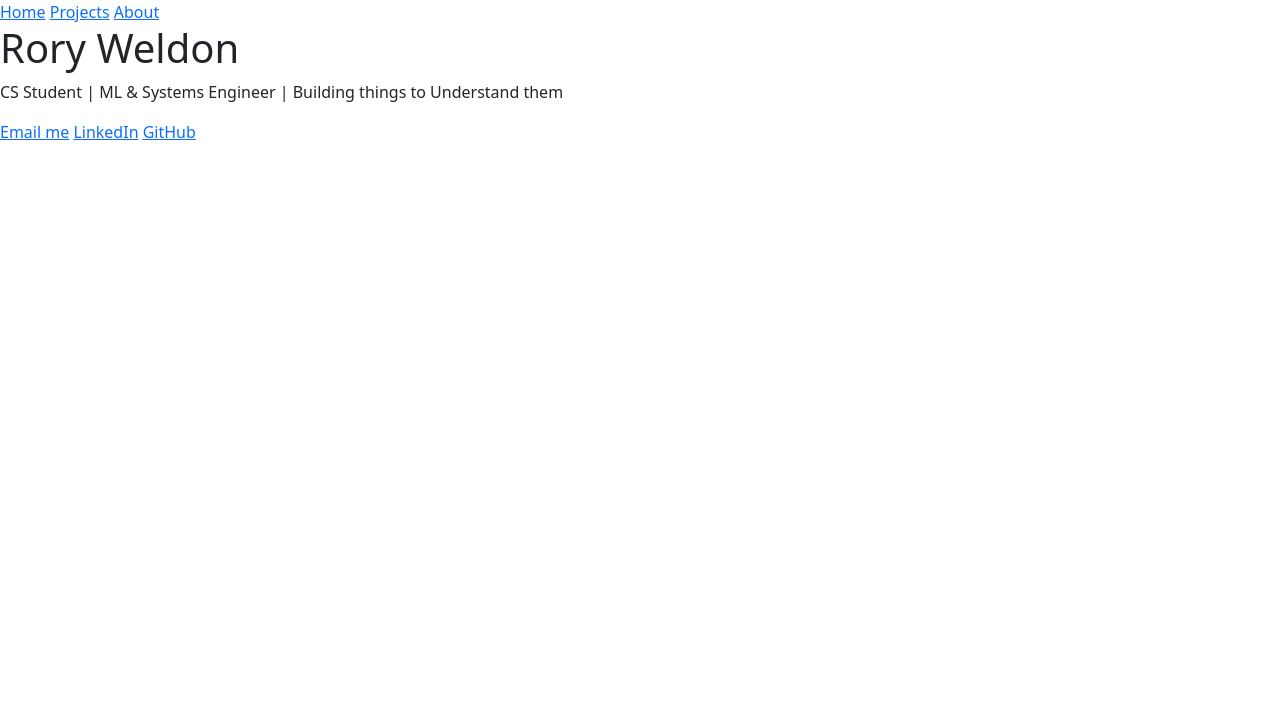
Repository: Art3misF0wl90/Portfolio
Page: index.html
The author's editor kept a copy of each file at every save. The page is drawn from the files as they stood at one save, then again after the next save.
The browser window is 1280 px wide. The pictures show the whole page.

Above is the page before, as saved 2026-06-17 19:15:31.

After the next save:
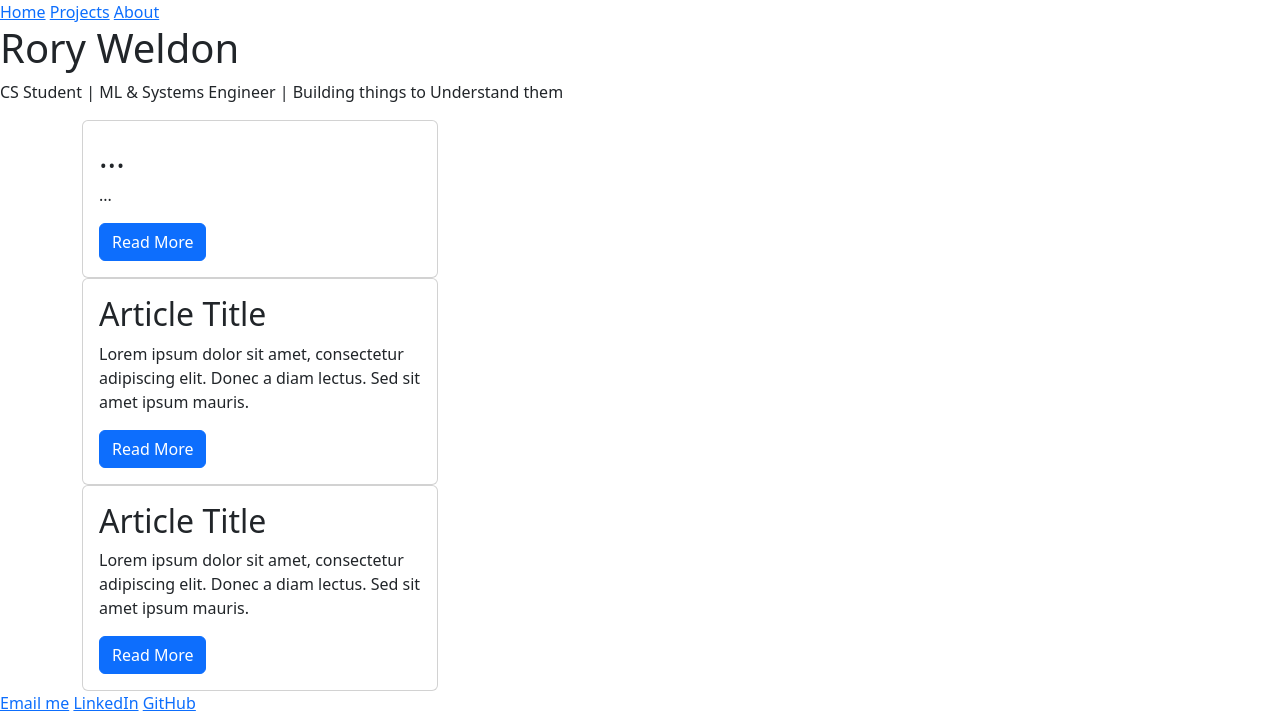
Saved 4 s later.
--- a/index.html
+++ b/index.html
@@ -34,7 +34,40 @@
 
       <div class="container">
         <div class="row">
-          <div class="col-md-4"></div>
+          <div class="col-md-4">
+            <article class="card">
+        <div class="card-body">
+          <!-- provides internal padding -->
+          <h2 class="card-title">...</h2>
+          <p class="card-text">...</p>
+          <a href="..." class="btn btn-primary">Read More</a>
+        </div>
+      </article>
+
+      <article class="card">
+        <div class="card-body">
+          <h2 class="card-title">Article Title</h2>
+          <p class="card-text">
+            Lorem ipsum dolor sit amet, consectetur adipiscing elit. Donec a
+            diam lectus. Sed sit amet ipsum mauris.
+          </p>
+          <a href="..." class="btn btn-primary">Read More</a>
+        </div>
+      </article>
+      <!-- Add more articles as needed -->
+      <article class="card">
+        <div class="card-body">
+          <!-- This is a placeholder article. Replace with actual project teasers. -->
+          <h2 class="card-title">Article Title</h2>
+          <p class="card-text">
+            Lorem ipsum dolor sit amet, consectetur adipiscing elit. Donec a
+            diam lectus. Sed sit amet ipsum mauris.
+          </p>
+          <!-- The "Read More" button can link to a detailed project page or modal -->
+          <a href="..." class="btn btn-primary">Read More</a>
+        </div>
+      </article>
+          </div>
         </div>
       </div>
       <!-- Main content - Teasers for projects-->
